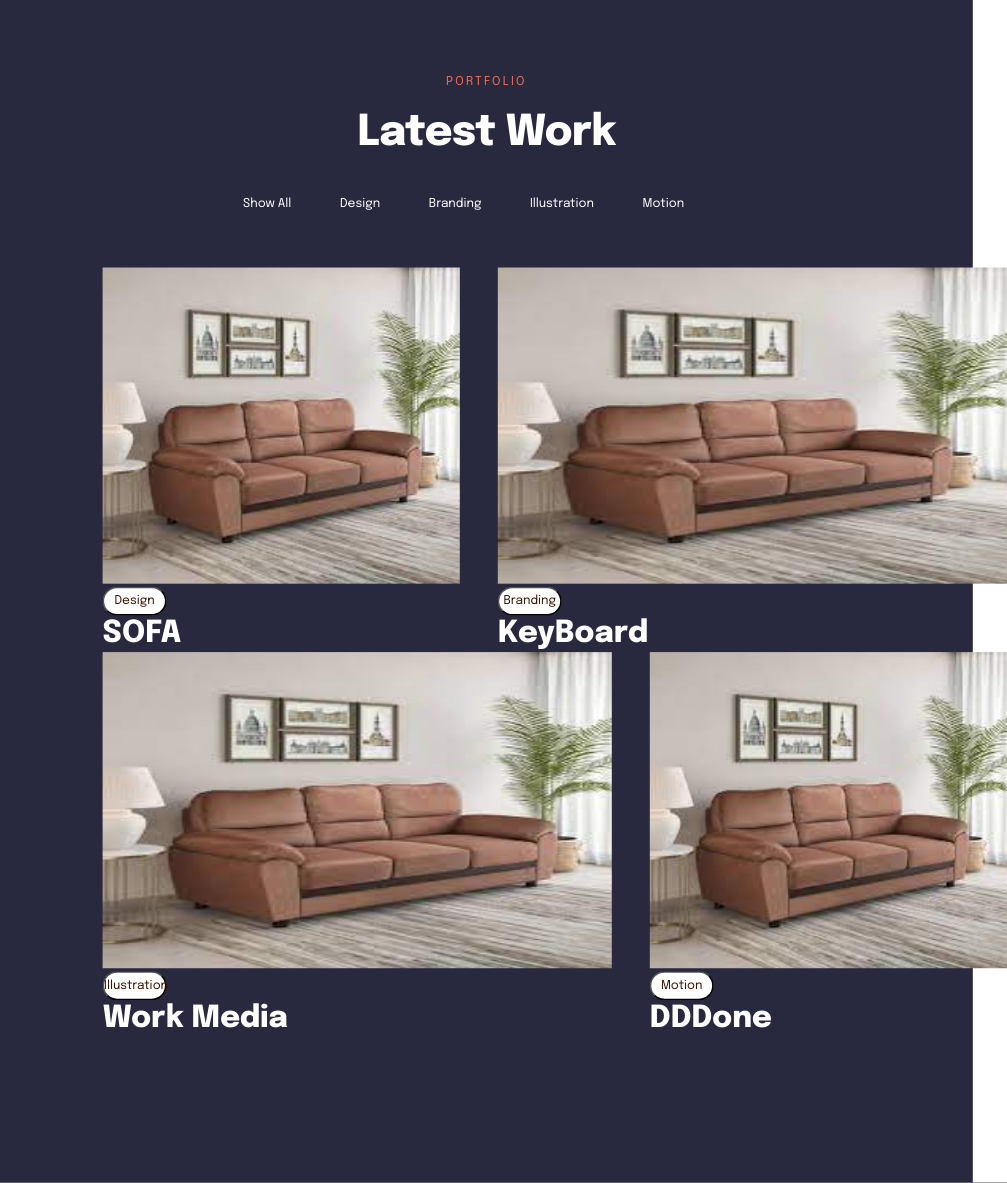
Repository: MehdiKerimov/Figma-task-13
Page: index.html
These files come from the project's save history. The page is drawn as it stood at one moment and after a run of saves; the edit follows.
The browser window is 1280 px wide. The page is 1325 px wide, so the pictures cover 1325 px, including what lies to the right of the window. The pictures show the whole page, at 76% of full size.

Above is the page before, as saved 2023-09-26 10:40:34.

### index.html
<!DOCTYPE html>
<html lang="en">
  <head>
    <meta charset="UTF-8" />
    <meta name="viewport" content="width=device-width, initial-scale=1.0" />
    <title>Document</title>
    <link rel="stylesheet" href="index.css" />
  </head>
  <body>
    <div class="container">
      <div class="text-box">
        <h1>Portfolio</h1>
        <h2>Latest Work</h2>
        <div class="collaj">
          <a href="#">Show All</a>
          <a href="#">Design</a>
          <a href="#">Branding</a>
          <a href="#">Illustration</a>
          <a href="#">Motion</a>
        </div>
      </div>
      <div class="box-container">
        <div class="box-container-1">
          <div class="box-1 box">
            <img
              src="data:[embedded picture, 10047 characters]"
              alt=""
            />

              <button><a href="#">Design</a></button>
              <h4>SOFA</h4>

          </div>

          <div class="box-2 box">
            <img
              src="data:[embedded picture, 10047 characters]"
              alt=""
            />
            <div>
              <button><a href="#">Branding</a></button>
              <h4>KeyBoard</h4>
            </div>
          </div>
        </div>
        <div class="box-container-2">
          <div class="box-3 box">
            <img
              src="data:[embedded picture, 10047 characters]"
              alt=""
            />
            <div>
              <button><a href="#">Illustration</a></button>
              <h4>Work Media</h4>
            </div>
          </div>

          <div class="box-4 box">
            <img
              src="data:[embedded picture, 10047 characters]"
              alt=""
            />
            <div>
              <button><a href="#">Motion</a></button>
              <h4>DDDone</h4>
            </div>
          </div>
        </div>
      </div>
    </div>
  </body>
</html>

### index.css
@import url("https://fonts.googleapis.com/css2?family=Epilogue:wght@400;800&display=swap");
* {
  padding: 0;
  margin: 0;
  box-sizing: border-box;
}
.container {
  padding: 92px 135px 192px 135px;
  min-height: 100vh;
  background: #28293e;
}
.container .text-box {
  display: flex;
  flex-direction: column;
  align-items: center;
}
.container .text-box h1 {
  color: var(--Text_Light_Accent, #ef6d58);
  text-align: center;
  font-feature-settings: "clig" off, "liga" off;
  font-family: Epilogue;
  font-size: 16px;
  font-style: normal;
  font-weight: 400;
  line-height: 32px;
  letter-spacing: 3px;
  text-transform: uppercase;
}
.container .text-box h2 {
  margin-bottom: 44px;
  margin-top: 20px;
  color: var(--Text_Light, #fff);
  text-align: center;
  font-feature-settings: "clig" off, "liga" off;
  font-family: Epilogue;
  font-size: 56px;
  font-style: normal;
  font-weight: 800;
  line-height: 64px;
  letter-spacing: -1px;
}
.container .collaj {
  margin-bottom: 68px;
}
.container .collaj a {
  text-decoration: none;
  margin-right: 60px;
  color: var(--Text_Light, #fff);
  font-feature-settings: "clig" off, "liga" off;
  font-family: Epilogue;
  font-size: 16px;
  font-style: normal;
  font-weight: 400;
  line-height: 32px;
}
.container .box-container {
}
.container .box-container .box-container-1 {
  position: relative;
  display: flex;
}
.container .box-container .box-container-2 {
  display: flex;
  margin-right: 50px;
}
.container .box-container .box-container-1 .box-1 {
  margin-right: 50px;
}
.container .box-container .box-container-1 .box-1 div {
}
.container .box-container .box-container-1 .box-1  {
    width: 470px;
    height: 416px;
  }
.container .box-container .box-container-1 .box-1 img {
  width: 470px;
  height: 416px;
}
.container .box-container .box-container-1 .box-2 img {
  width: 670px;
  height: 416px;
}
.container .box-container .box button {
  width: 84px;
  height: 38px;
  border-radius: 19px;
  background: #fff;
}
.container .box-container .box button a {
  text-decoration: none;
  color: var(--Text_Dark, #391400);
  font-feature-settings: "clig" off, "liga" off;
  font-family: Epilogue;
  font-size: 16px;
  font-style: normal;
  font-weight: 400;
  line-height: 32px;
}
.container .box-container .box h4 {
  color: var(--Text_Light, #fff);
  font-feature-settings: "clig" off, "liga" off;
  font-family: Epilogue;
  font-size: 40px;
  font-style: normal;
  font-weight: 800;
  line-height: 48px;
}
.container .box-container .box-container-2 .box-3 img {
  width: 670px;
  height: 416px;
  margin-right: 50px;
}
.container .box-container .box-container-2 .box-4 img {
  width: 470px;
  height: 416px;
}

After the next 2 saves:
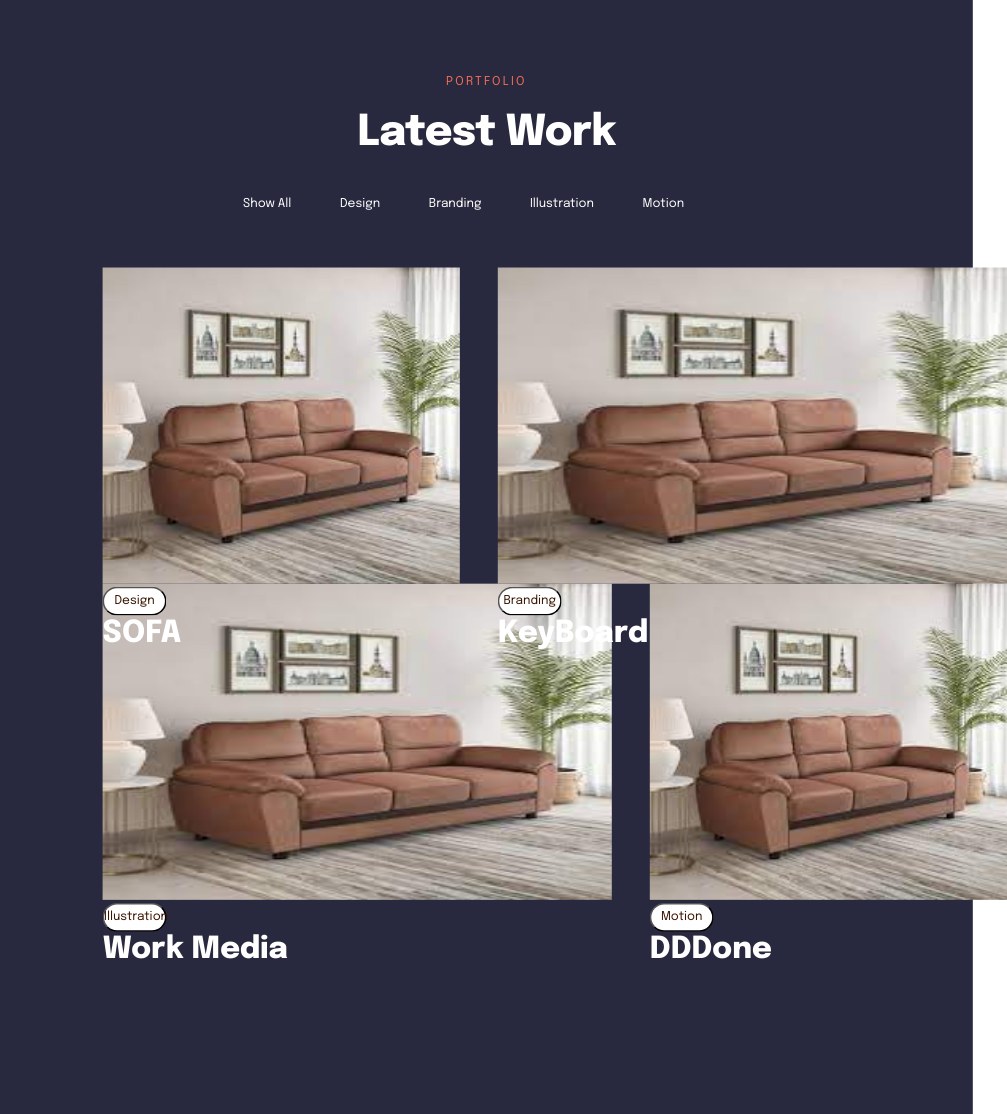
The 2 saves are shown as one change because they came seconds apart.
The last was saved 10 s later.
--- a/index.css
+++ b/index.css
@@ -76,6 +76,10 @@
   width: 470px;
   height: 416px;
 }
+.container .box-container .box-container-1 .box-2  {
+    width: 670px;
+    height: 416px;
+  }
 .container .box-container .box-container-1 .box-2 img {
   width: 670px;
   height: 416px;
